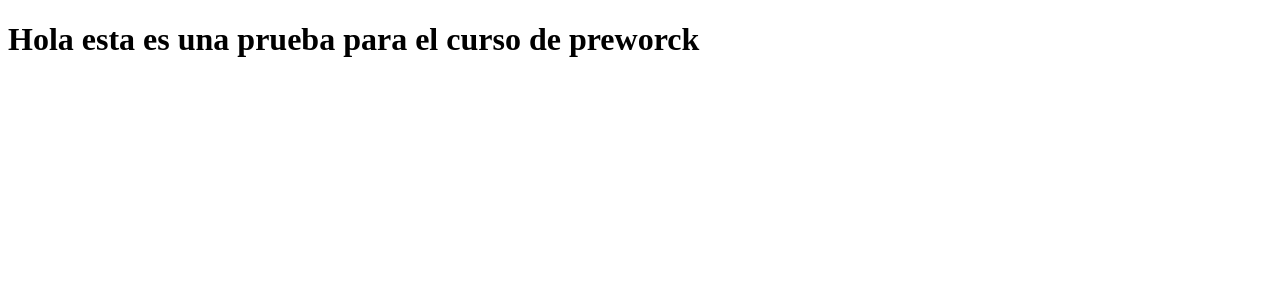
Repository: Frankesteban/Proyecto-Ing
Page: web.html
These files come from the project's save history. The page is drawn as it stood at one moment and after the next save; the edit follows.
The browser window is 1280 px wide. The pictures show the whole page.

Above is the page before, as saved 2023-05-05 15:04:17.

After the next save:
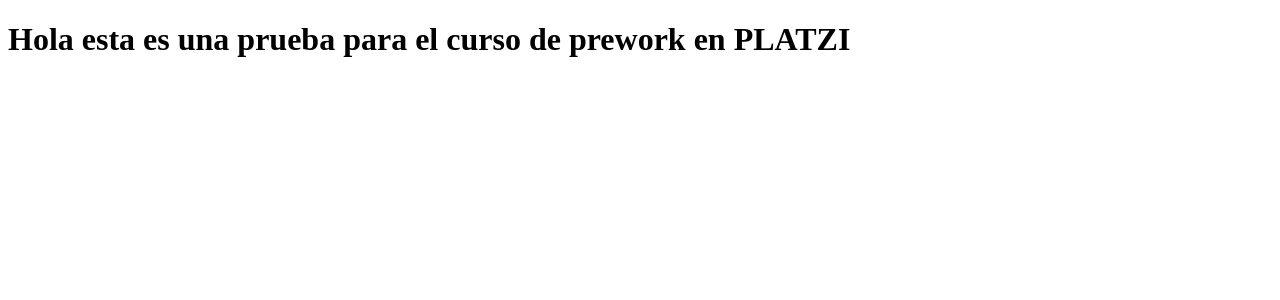
Saved 19 min 27 s later.
--- a/web.html
+++ b/web.html
@@ -9,7 +9,7 @@
 <body>
     <div>
         <h1>
-            Hola esta es una prueba para el curso de preworck
+            Hola esta es una prueba para el curso de prework en PLATZI
         </h1>
 
     </div>
